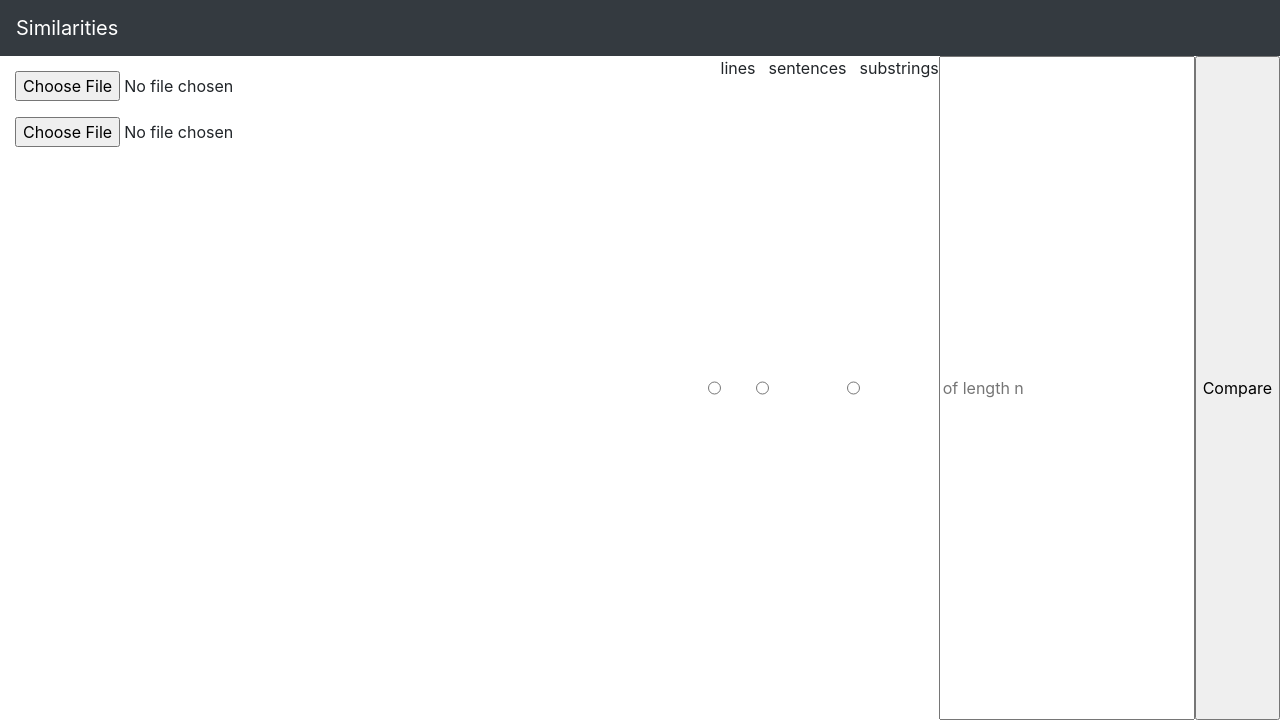
Repository: kenwynejohnes/cs50
Page: http://localhost/
The author's editor kept a record of every edit. The page is drawn from the files as they stood at one moment, then again after the next edit.
The browser window is 1280 px wide. The pictures show the whole page.
Some web libraries are served in a nearby version. The page is served by the project's application, run on Flask 3 (pset6/similarities/application.py). Other server files are loaded and not shown.

Above is the page before.

### pset6/similarities/templates/index.html
{% extends "layout.html" %}

{% block body %}

    <div class="col">
        <form action="/compare" enctype="multipart/form-data" method="post">

            <!-- TODO -->
            <p>
                <input type="file" name="file1"></input>
            </p>
            <p>
                <input type="file" name="file2"></input>
            </div>


            <input type="radio" name="algorithm" value="lines">lines</input>
            <input type="radio" name="algorithm" value="sentences">sentences</input>
            <input type="radio" name="algorithm" value="substrings">substrings</input>
            <input type="number" name="length" placeholder="of length n">

            <button type="submit">Compare</button>


        </form>
    </div>

{% endblock %}

### pset6/similarities/templates/layout.html
<!DOCTYPE html>

<html lang="en">
    <head>

        <!-- Required meta tags -->
        <meta charset="utf-8"/>
        <meta name="viewport" content="width=device-width, initial-scale=1, shrink-to-fit=no"/>

        <!-- Bootstrap CSS -->
        <link href="https://maxcdn.bootstrapcdn.com/bootstrap/4.0.0-beta/css/bootstrap.min.css" rel="stylesheet"/>

        <link href="/static/styles.css" rel="stylesheet"/>

        <title>Similarities</title>

    </head>
    <body>

        <nav class="navbar fixed-top navbar-dark bg-dark">
            <a class="navbar-brand" href="/">Similarities</a>
        </nav>

        <div class="container-fluid">
            <div class="row">
                {% block body %}{% endblock %}
            </div>
        </div>

        <!-- Optional JavaScript -->
        <script src="https://code.jquery.com/jquery-3.2.1.slim.min.js"></script>
        <script src="https://cdnjs.cloudflare.com/ajax/libs/popper.js/1.11.0/umd/popper.min.js"></script>
        <script src="https://maxcdn.bootstrapcdn.com/bootstrap/4.0.0-beta/js/bootstrap.min.js"></script>

    </body>
</html>

Loaded but not shown: pset6/similarities/application.py (common file); pset6/similarities/static/styles.css (common file)

After the next edit:
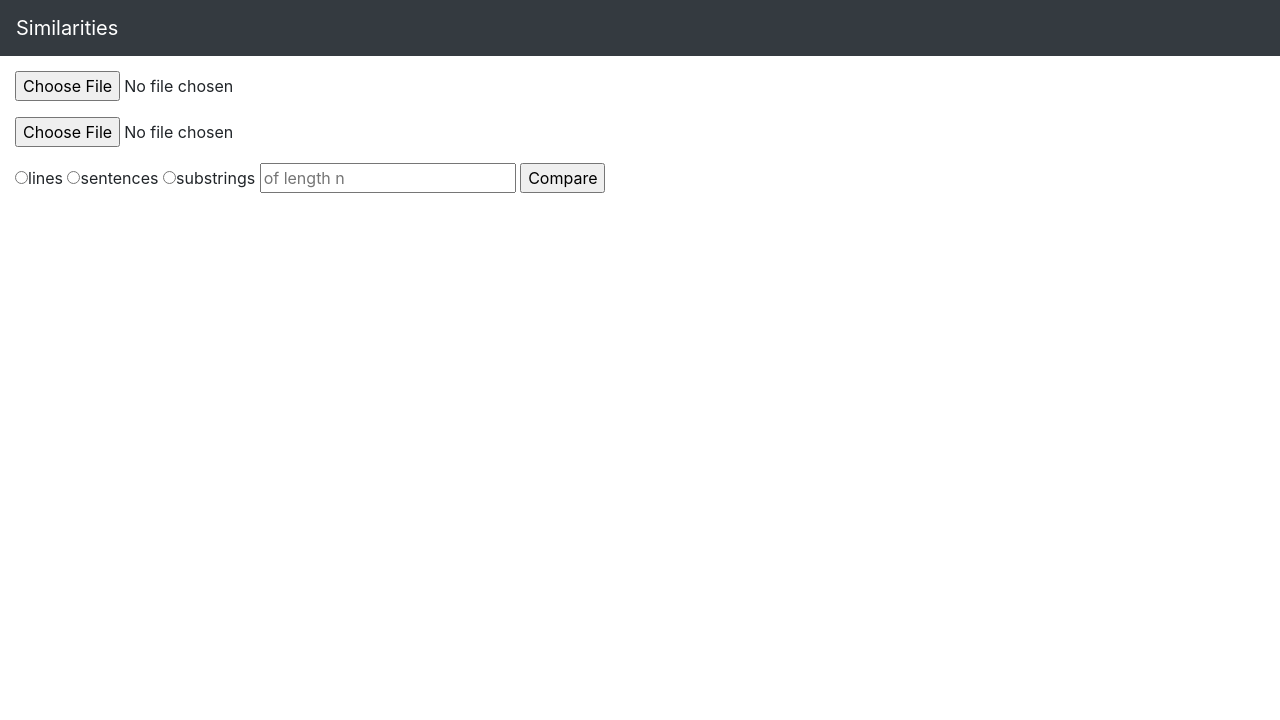
The edit:
--- a/pset6/similarities/templates/index.html
+++ b/pset6/similarities/templates/index.html
@@ -11,7 +11,7 @@
             </p>
             <p>
                 <input type="file" name="file2"></input>
-            </div>
+            </p>
 
 
             <input type="radio" name="algorithm" value="lines">lines</input>
